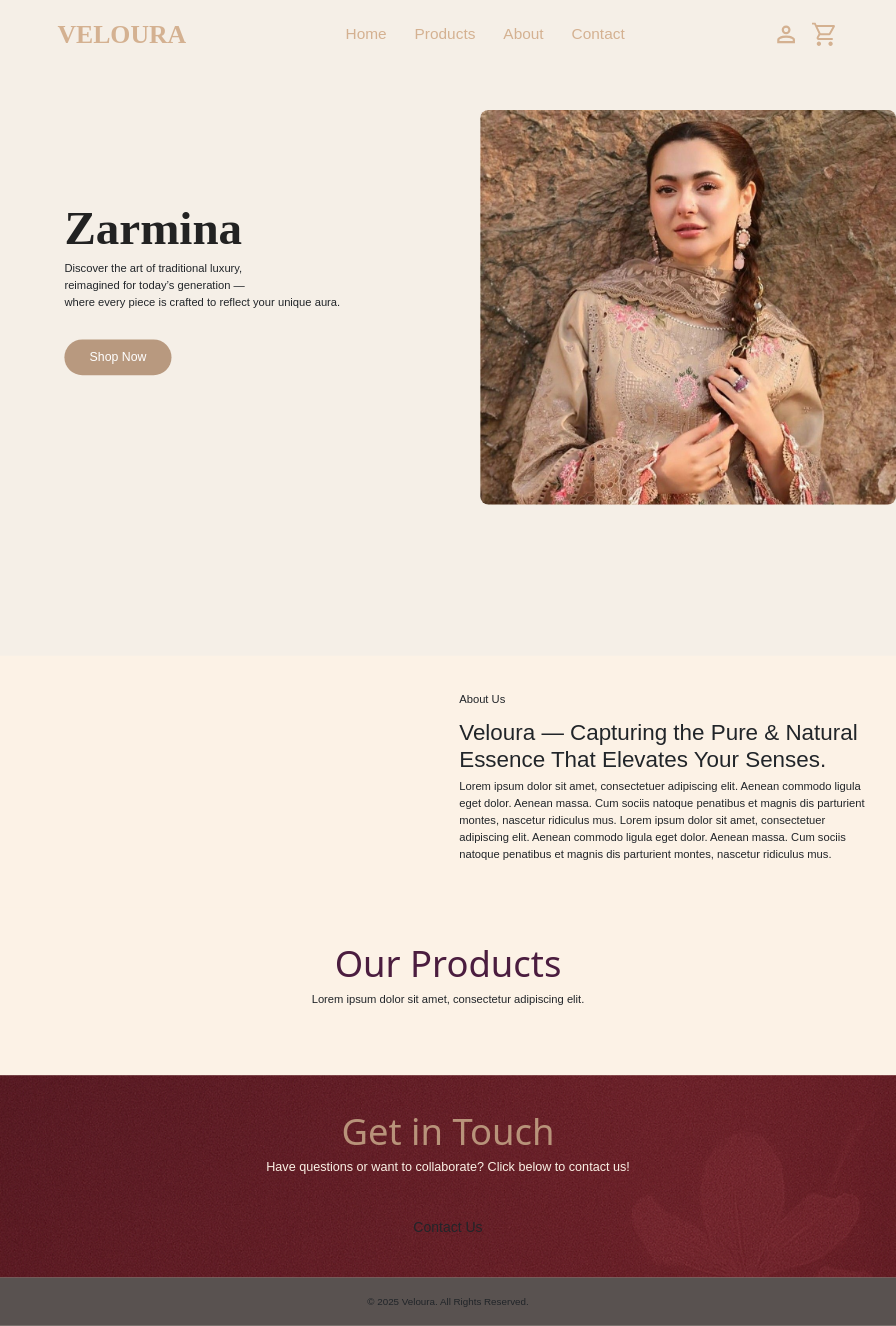
Repository: ayeshatehreem77/Clothing-store
Page: / (app in perfumes-app/)
An editor plug-in stored every save of this project. The page is shown before and after the next save, followed by the edit.
The browser window is 1280 px wide. The pictures show the whole page, at 70% of full size.
Pictures or frames that could not be fetched are drawn as grey boxes. The page's requests for data from a server got no answer. Some web fonts or font styles are not loaded; a fallback is used. The project was rebuilt for these pictures with package versions that can differ from the ones it lists, and the page was loaded fresh each time. No one was signed in, and anything a server would have sent is missing. Also part of the build but not shown: perfumes-app/src/components/Alert.js.

Above is the page before, as saved 2025-10-28 23:50:54.

After the next save:
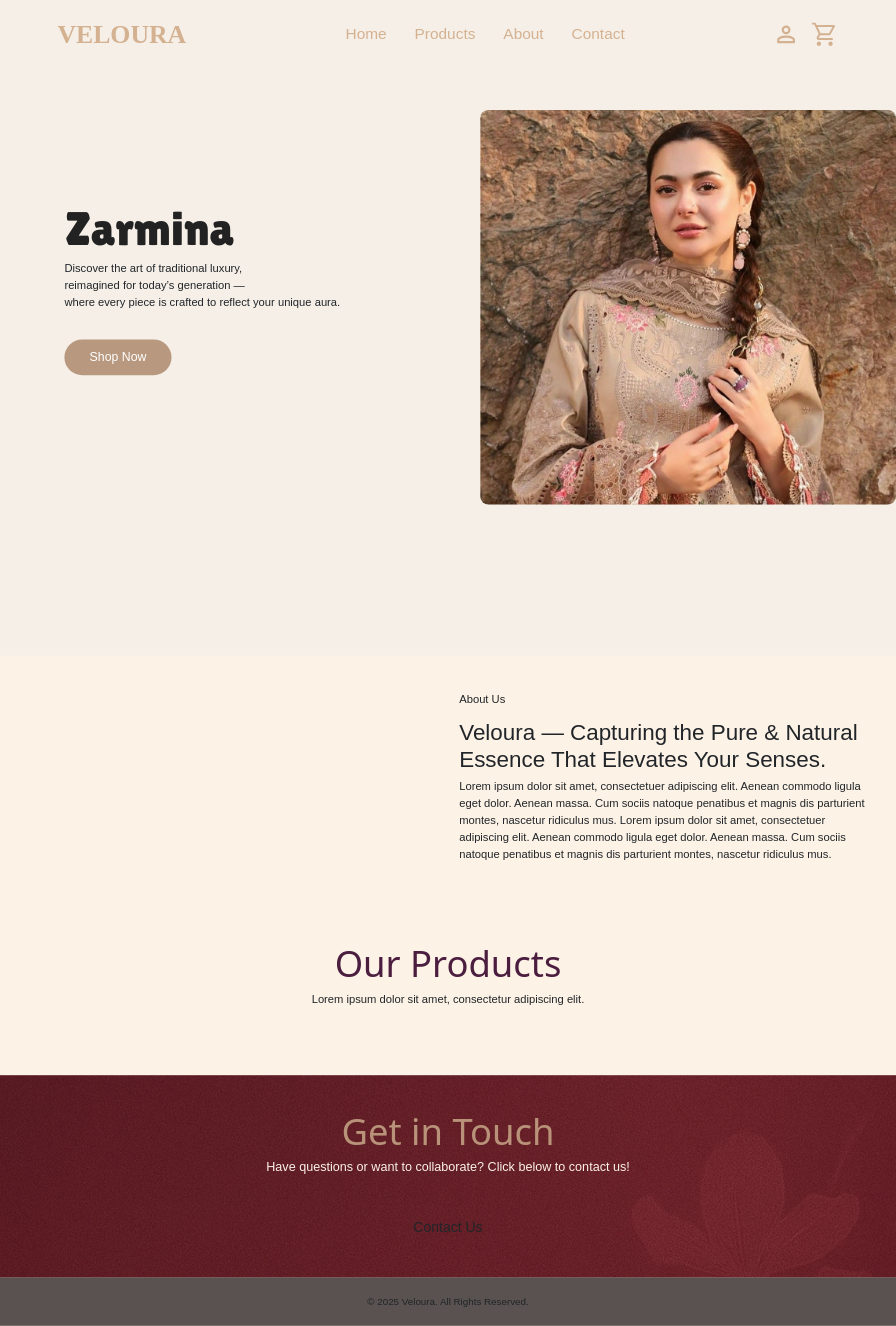
Saved 57 s later.
--- a/perfumes-app/src/App.css
+++ b/perfumes-app/src/App.css
@@ -107,9 +107,10 @@ button.navbar-toggler {
 }
 
 .hero-text h1 {
-  font-family: "Playfair Display", serif;
+  font-family: "Lilita One", sans-serif;
+  font-weight: 400;
+  font-style: normal;
   font-size: 4.2rem;
-  font-weight: 700;
   color: #222;
   line-height: 1.1;
 }
